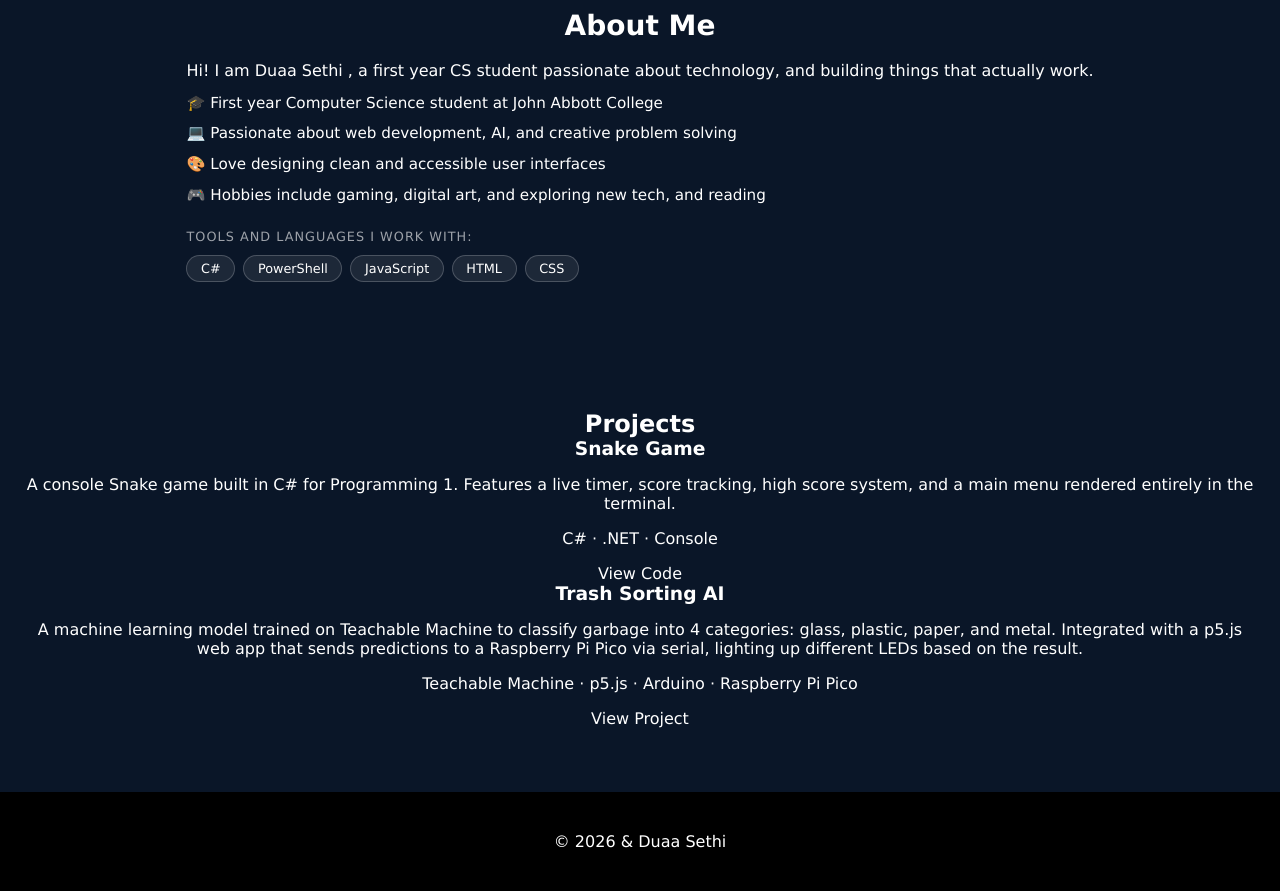
Repository: Duaa-Sethi/Duaa-Sethi
Page: index.html
An editor plug-in stored every save of this project. The page is shown before and after the next save, followed by the edit.
The browser window is 1280 px wide. The pictures show the part of the page from y = 1078 to 2030 px (the page is 1969 px tall before and 2030 px after).
Some web fonts or font styles are not loaded; a fallback is used.

Above is the page before, as saved 2026-05-02 15:22:26.

After the next save:
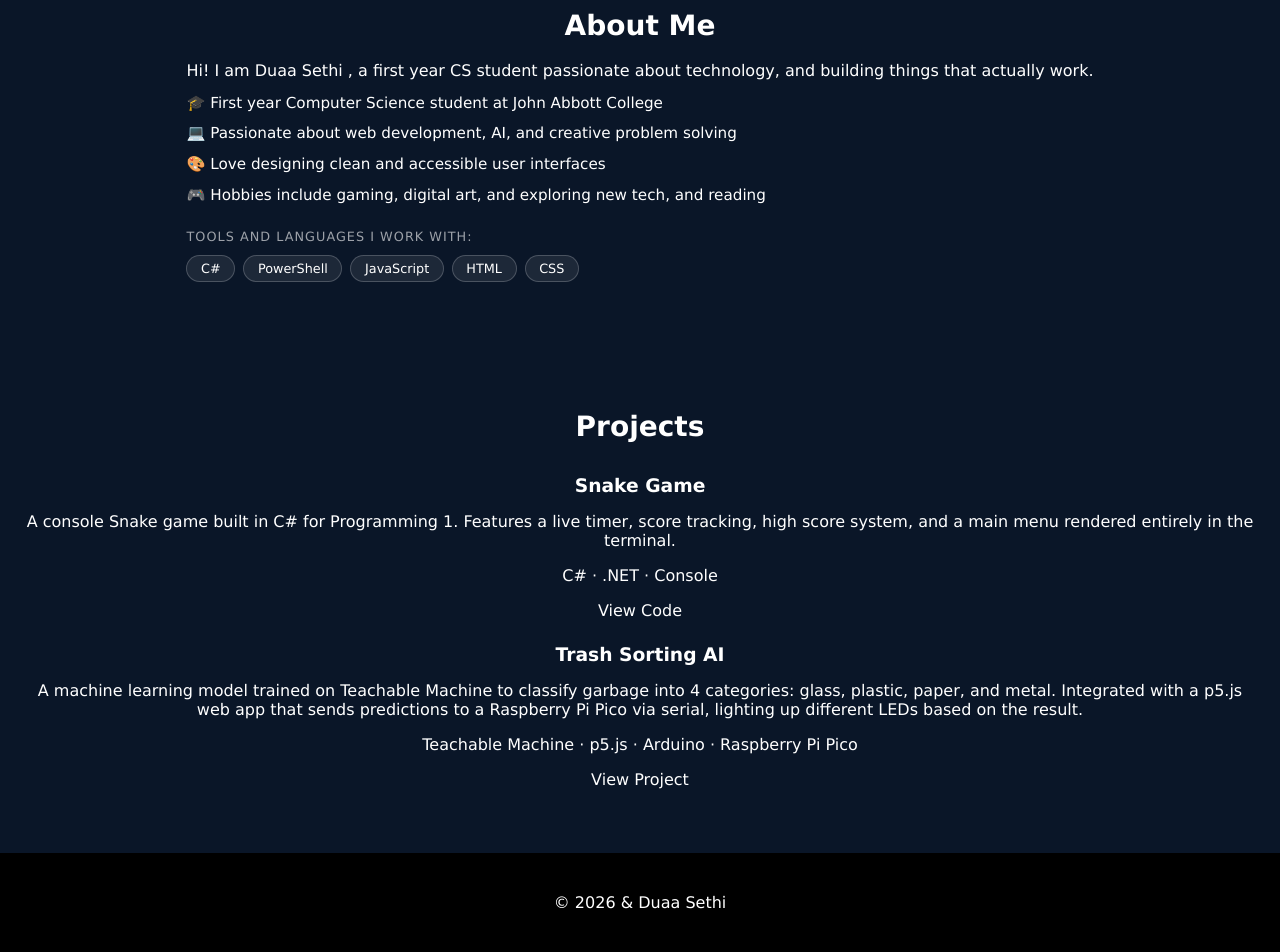
Saved 10 s later.
--- a/styles/index.css
+++ b/styles/index.css
@@ -129,6 +129,16 @@ nav ul li a {
   padding: 4rem 1.5rem;
   text-align: center;
 }
+.projects h2 {
+  font-size: 1.75rem;
+  margin-bottom: 2rem;
+}
+
+.cards {
+  display: flex;
+  flex-direction: column;
+  gap: 1.5rem;
+}
 
 footer {
   text-align: center;
